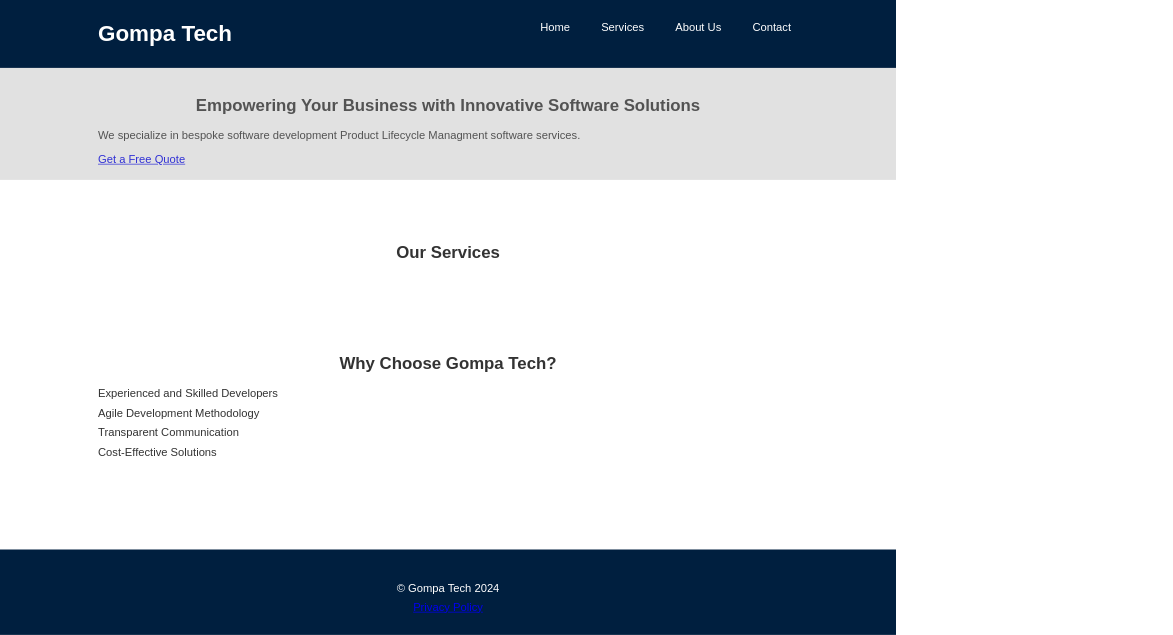
Repository: gompatech/website
Page: d3/index.html
The author's editor kept a copy of each file at every save. The page is drawn from the files as they stood at one save, then again after the next save.
The browser window is 1280 px wide. The page is 1280 px wide, then 1676 px, so the pictures cover 1676 px, including what lies to the right of the window. The pictures show the part of the page from y = 0 to 1480 px (the page is 907 px tall before and 7279 px after), at 70% of full size.
Pictures or frames that could not be fetched are drawn as grey boxes.

Above is the page before, as saved 2024-07-24 11:29:45.

After the next save:
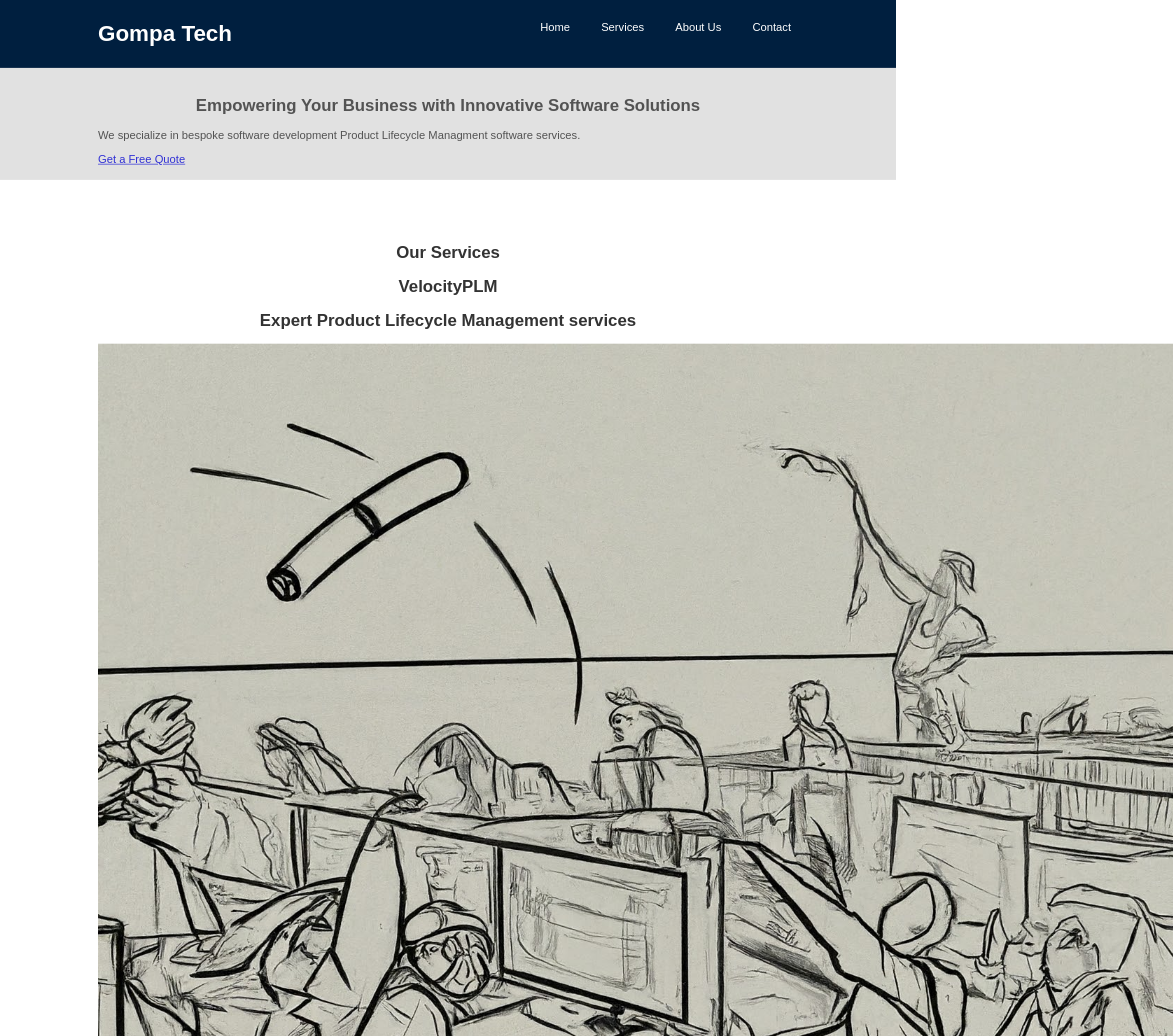
Saved 2 min 40 s later.
--- a/d3/index.html
+++ b/d3/index.html
@@ -34,6 +34,24 @@
     <section class="services navy-bg">
       <div class="container">
         <h2>Our Services</h2>
+          <div class="services">
+            <div class="services-container">
+                <div class="text-content">
+                    <h1>VelocityPLM</h1>
+                    <h2>Expert Product Lifecycle Management services</h2>
+                </div>
+                <img src="./images/vPLMold.jpg" alt="VelocityPLM Old" class="active">
+                <img src="./images/vPLMnew.jpg" alt="VelocityPLM New" class="inactive">
+            </div>
+            <div class="services-container">
+                <div class="text-content">
+                    <h1>BespokeSW</h1>
+                    <h2>Bespoke Software Development</h2>
+                </div>
+                <img src="./images/vPLMold.jpg" alt="VelocityPLM Old" class="active">
+                <img src="./images/vPLMnew.jpg" alt="VelocityPLM New" class="inactive">
+            </div>
+        </div>
       </div>
     </section>
 
